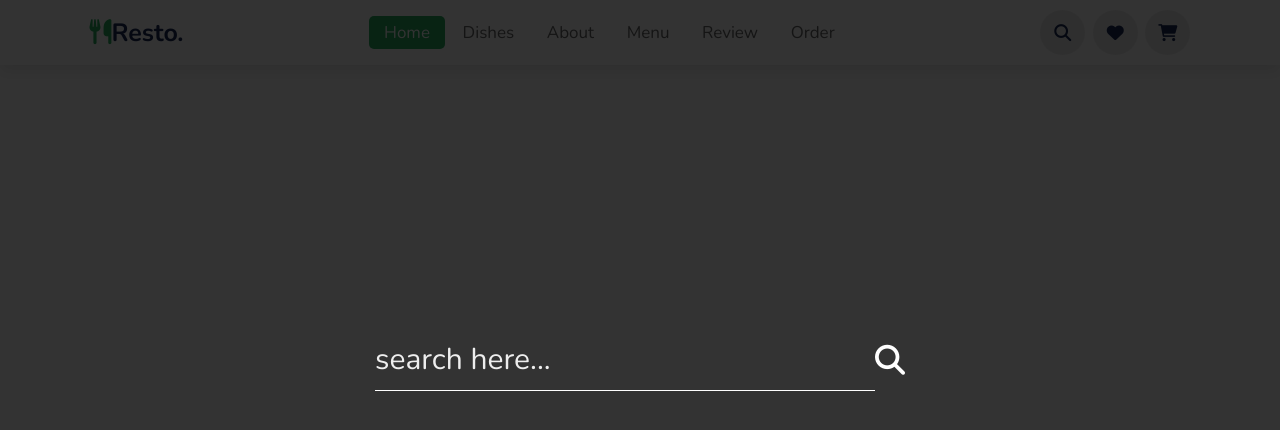
Repository: CarsonDev1/FoodWeb
Page: index.html
The author's editor kept a copy of each file at every save. The page is drawn from the files as they stood at one save, then again after the next save.
The browser window is 1280 px wide. The pictures show the whole page.
Some web libraries are served in a nearby version.

Above is the page before, as saved 2022-05-18 18:36:55.

After the next save:
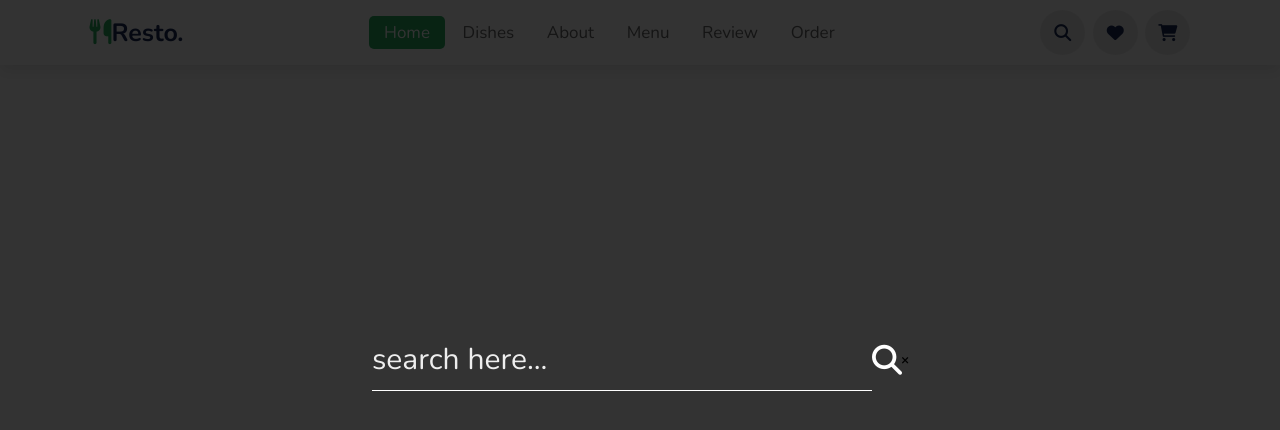
Saved 62 s later.
--- a/index.html
+++ b/index.html
@@ -49,6 +49,7 @@
         id="search-box"
       />
       <label for="search-box" class="fas fa-search"></label>
+      <i class="fas fa-times" id="close"></i>
     </form>
     <!-- JS file link -->
     <script src="./js/app.js"></script>

After the 2 saves that followed:
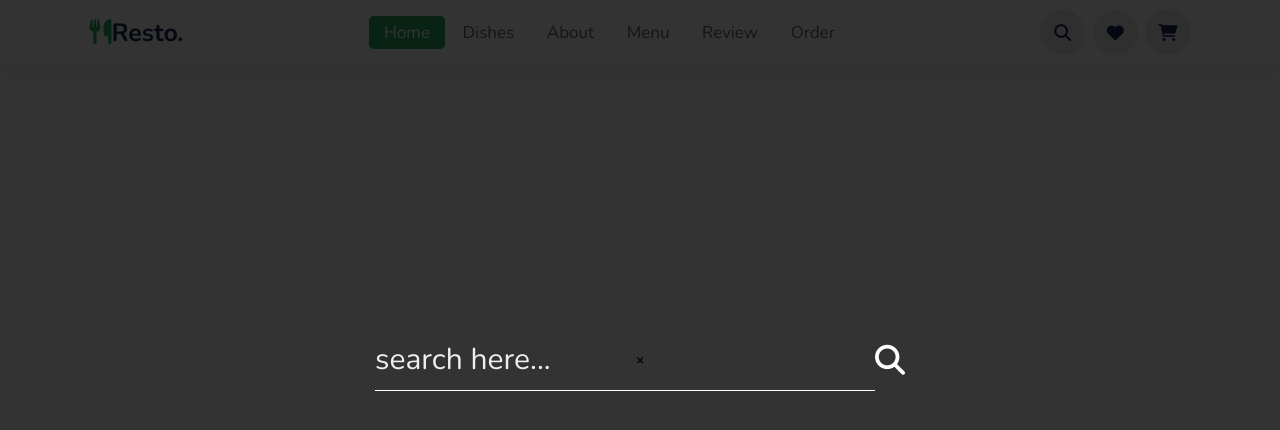
The 2 saves are shown as one change because 1 left the picture as it was.
The last was saved 21 s later.
--- a/css/style.css
+++ b/css/style.css
@@ -111,6 +111,9 @@ header .icons #menu-bars {
 #search-form label:hover {
   color: var(--green);
 }
+#search-form #close {
+  position: absolute;
+}
 /* media queries */
 @media (max-width: 991px) {
   html {
